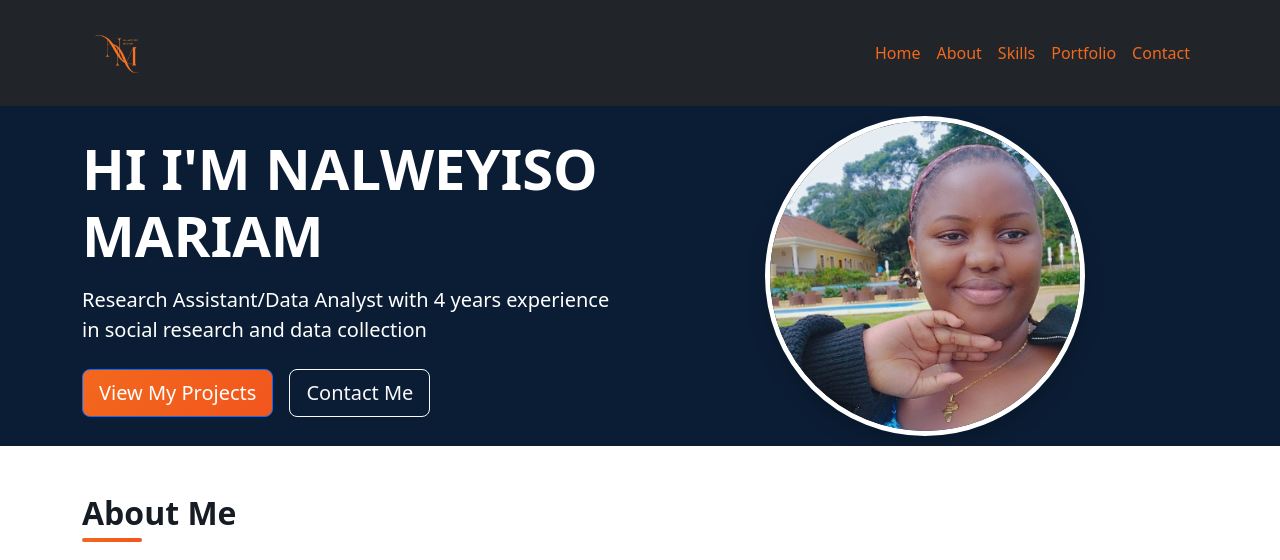
Repository: NalweMari/My-Personal-Portfolio
Page: index.html
These files come from the project's save history. The page is drawn as it stood at one moment and after the next save; the edit follows.
The browser window is 1280 px wide. The pictures show the part of the page from y = 0 to 560 px (the page is 3723 px tall).
A picture or video elsewhere on the page could not be fetched, so the positions and the page height are approximate.

Above is the page before, as saved 2025-12-05 18:55:31.
Console error (its wording comes from the project's code and is left out).

After the next save:
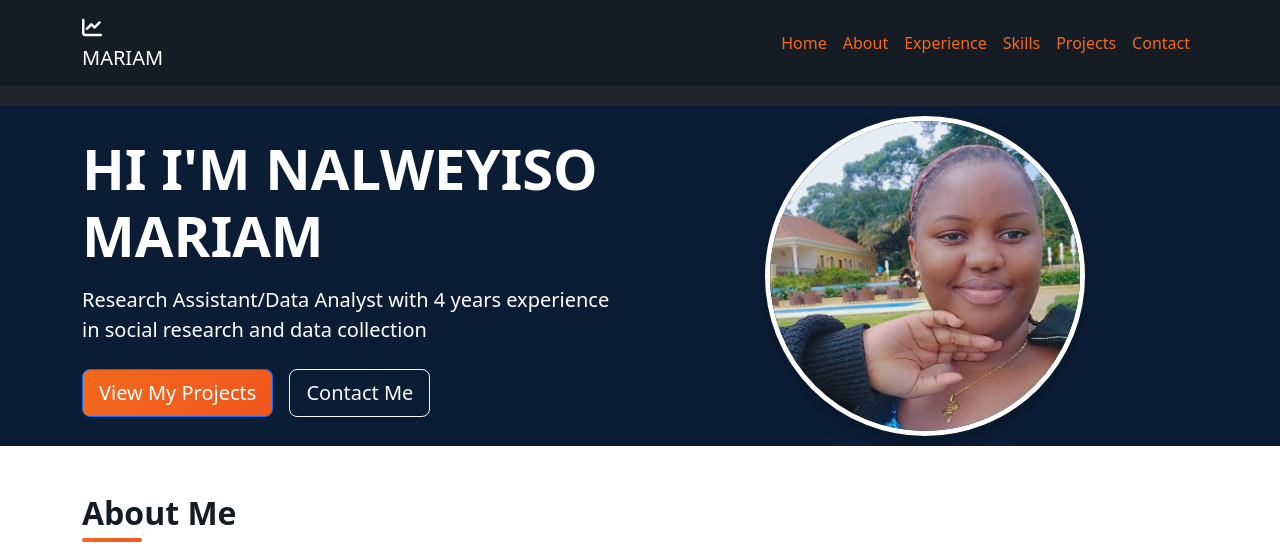
Saved 9 s later.
--- a/index.html
+++ b/index.html
@@ -11,7 +11,29 @@
 <body>
 
     <!-- Navigation -->
-
+ <nav class="navbar navbar-expand-lg navbar-dark fixed-top">
+        <div class="container">
+            <a class="navbar-brand logo" href="#">
+                <div class="logo-icon">
+                    <i class="fas fa-chart-line"></i>
+                </div>
+                MARIAM
+            </a>
+            <button class="navbar-toggler" type="button" data-bs-toggle="collapse" data-bs-target="#navbarNav">
+                <span class="navbar-toggler-icon"></span>
+            </button>
+            <div class="collapse navbar-collapse" id="navbarNav">
+                <ul class="navbar-nav ms-auto">
+                    <li class="nav-item"><a class="nav-link" href="#home">Home</a></li>
+                    <li class="nav-item"><a class="nav-link" href="#about">About</a></li>
+                    <li class="nav-item"><a class="nav-link" href="#experience">Experience</a></li>
+                    <li class="nav-item"><a class="nav-link" href="#skills">Skills</a></li>
+                    <li class="nav-item"><a class="nav-link" href="#portfolio">Projects</a></li>
+                    <li class="nav-item"><a class="nav-link" href="#contact">Contact</a></li>
+                </ul>
+            </div>
+        </div>
+    </nav>
 
     <nav class="navbar navbar-expand-lg navbar-dark bg-dark fixed top">
         <div class="container sm">
